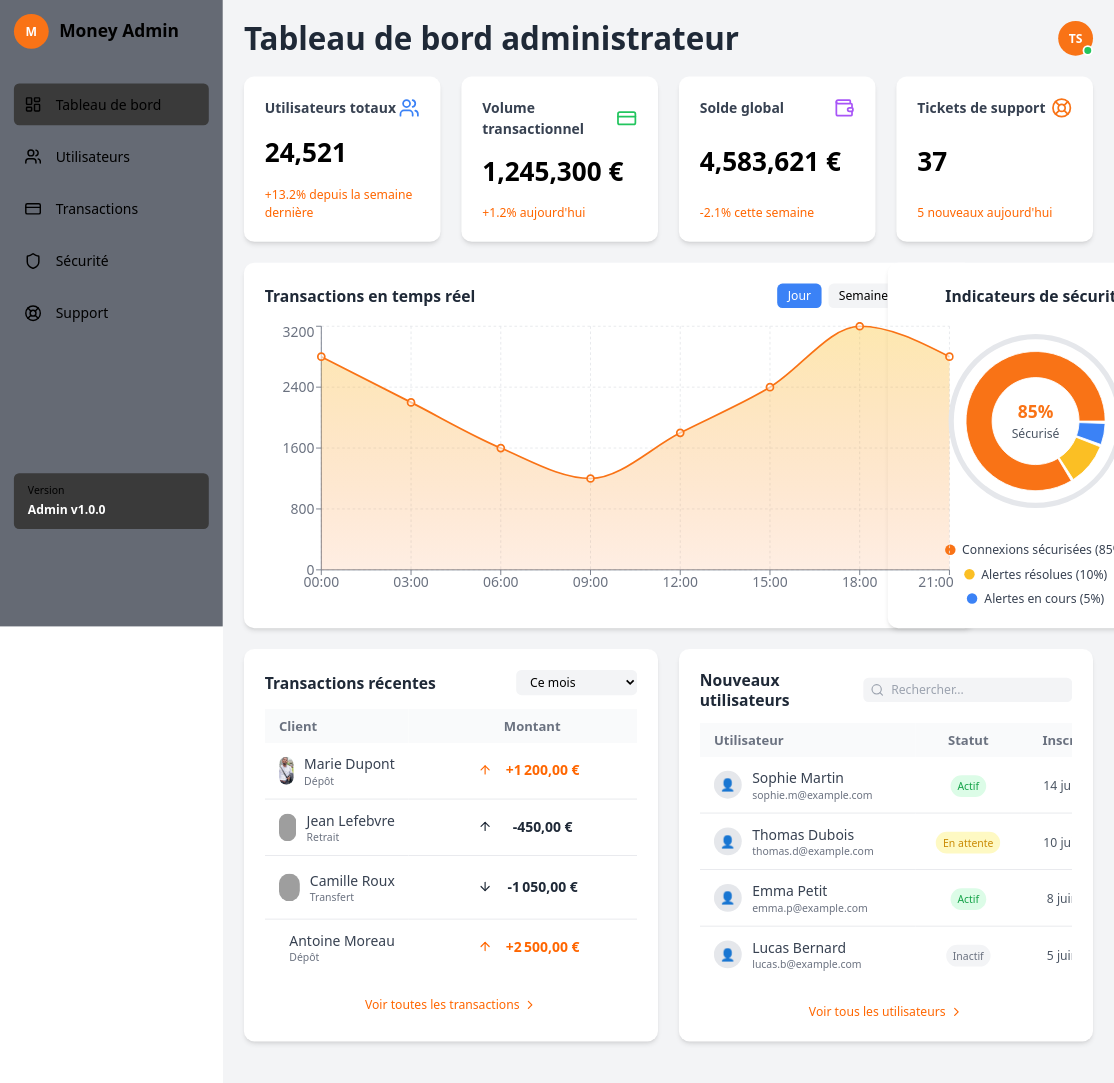
Repository: Edongo999/Dashboard
Page: /
An editor plug-in stored every save of this project. The page is shown before and after the next save, followed by the edit.
The browser window is 1280 px wide. The pictures show the whole page, at 87% of full size.
Pictures or frames that could not be fetched are drawn as grey boxes. The project was rebuilt for these pictures with package versions that can differ from the ones it lists, and the page was loaded fresh each time. Also part of the build but not shown: vite.config.ts.

Above is the page before, as saved 2025-10-14 13:55:13.

After the next save:
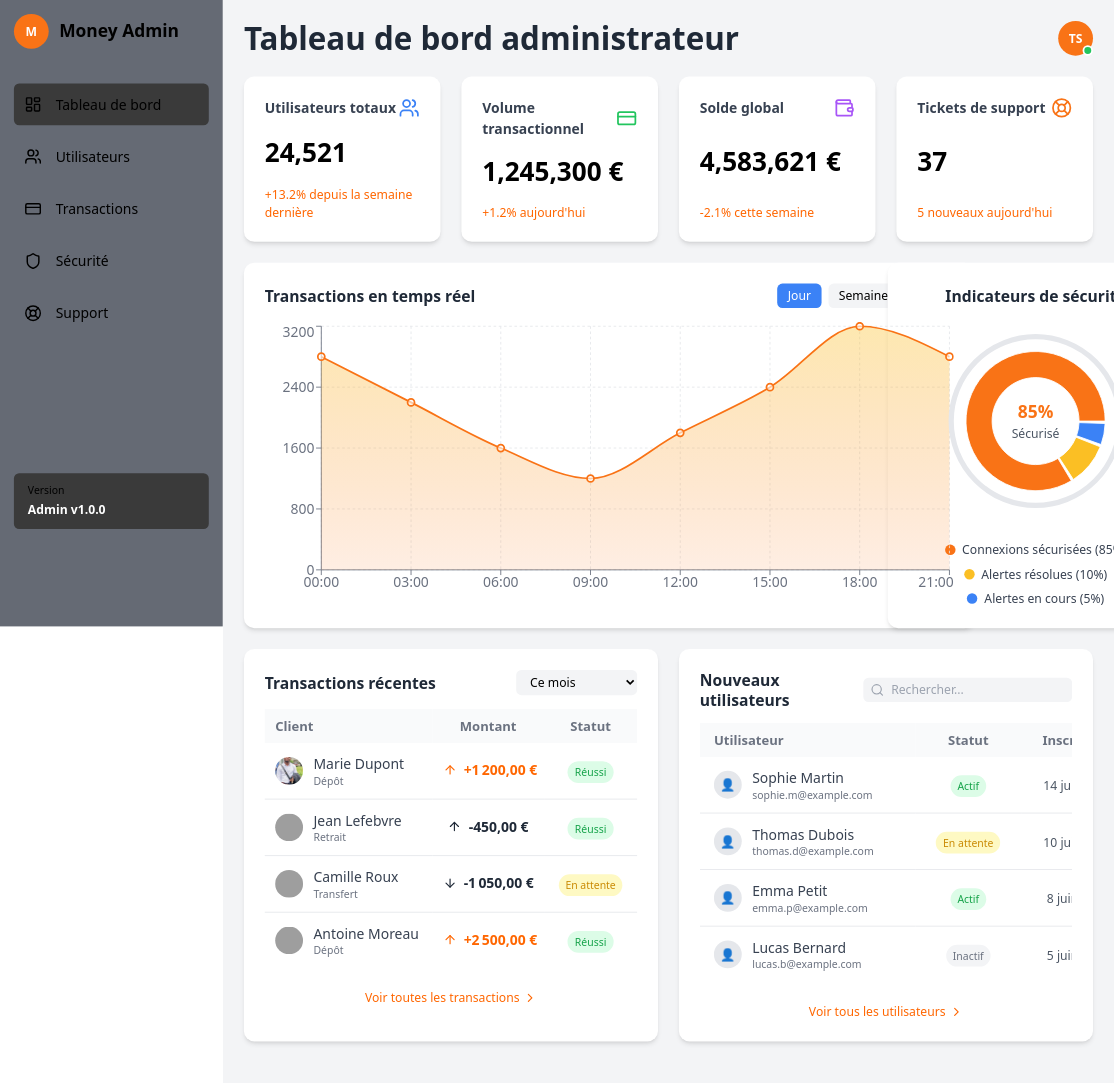
Saved 4 min 27 s later.
--- a/src/components/RecentActivity.tsx
+++ b/src/components/RecentActivity.tsx
@@ -48,14 +48,14 @@ const RecentActivity = () => {
         </select>
       </div>
 
-      {/* ✅ Tableau aligné avec NewUsersTable */}
-      <div className="overflow-x-auto">
-        <table className="min-w-[500px] w-full text-[15px] text-left">
+      {/* ✅ Tableau élargi horizontalement */}
+      <div className="w-full">
+        <table className="table-fixed w-full text-[15px] text-left">
           <thead>
             <tr className="bg-[#F9FAFB] text-gray-500 font-normal">
-              <th className="py-2 px-4">Client</th>
-              <th className="py-2 px-20 text-center">Montant</th>
-              <th className="py-2 px-4 text-center">Statut</th>
+              <th className="py-2 px-3 w-[45%]">Client</th>
+              <th className="py-2 px-3 w-[30%] text-center">Montant</th>
+              <th className="py-2 px-3 w-[25%] text-center">Statut</th>
             </tr>
           </thead>
           <tbody className="divide-y divide-gray-200">
@@ -69,7 +69,7 @@ const RecentActivity = () => {
                 <tr key={i} className="text-gray-700 align-middle text-[16px]">
 
                   {/* ✅ Client avec image zoomable + nom non cassable */}
-                  <td className="py-3 px-4">
+                  <td className="py-3 px-3">
                     <div className="flex items-center gap-3">
                       <button onClick={() => setZoomedImage(tx.avatar)}>
                         <img
@@ -85,21 +85,21 @@ const RecentActivity = () => {
                     </div>
                   </td>
 
-                  {/* ✅ Montant bien reculé et non cassable */}
-                  <td className="py-3 px-20 text-center">
+                  {/* ✅ Montant compact et non cassable */}
+                  <td className="py-3 px-3 text-center">
                     <div className="inline-flex items-center justify-center gap-2 h-6">
                       <ArrowIcon
                         className="w-4 h-4 font-bold shrink-0"
                         style={{ color: arrowColor }}
                       />
-                      <span className={`font-semibold ${amountColor} min-w-[100px] whitespace-nowrap`}>
+                      <span className={`font-semibold ${amountColor} whitespace-nowrap`}>
                         {tx.amount}
                       </span>
                     </div>
                   </td>
 
                   {/* ✅ Statut avec badge */}
-                  <td className="py-3 px-4 text-center">
+                  <td className="py-3 px-3 text-center">
                     <span
                       className={`px-2 py-1 rounded-full text-xs font-medium ${
                         tx.status === "Réussi"
